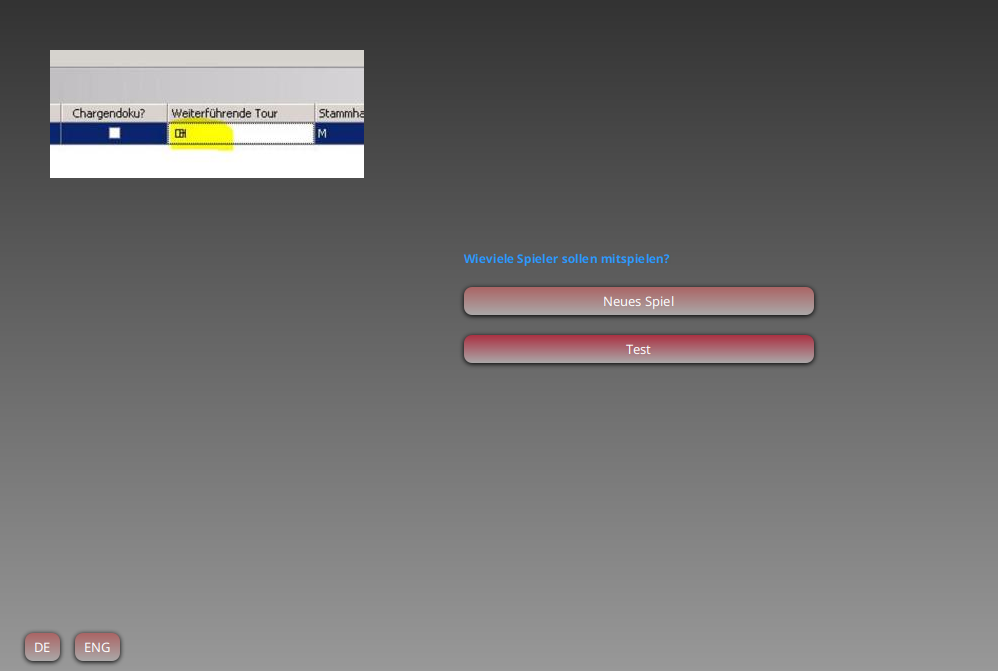
Repository: berger-designz/MenschAergereDichNicht
Program's window: java MenschAergereDichNicht/src/Game_GUI/GUI_Primary.java
An editor plug-in stored every save of this project. The program's window is shown before and after the next save, followed by the edit.
It runs on Java 21 on a 1366 x 768 screen with JavaFX 11; the title bar is not drawn. It also reads MenschAergereDichNicht/src/style/test_pic_1.jpg.

Above is the program's window before, as saved 2016-05-25 14:01:50.

### MenschAergereDichNicht/src/Game_GUI/GUI_Primary.java
package Game_GUI;

import java.io.File;
import java.io.IOException;

import javafx.application.Application;
import javafx.application.Platform;
import javafx.collections.FXCollections;
import javafx.collections.ObservableList;
import javafx.event.EventHandler;
import javafx.fxml.FXMLLoader;
import javafx.geometry.Insets;
import javafx.scene.Scene;
import javafx.scene.control.Button;
import javafx.scene.control.Label;
import javafx.scene.control.ListView;
import javafx.scene.control.ToolBar;
import javafx.scene.image.Image;
import javafx.scene.image.ImageView;
import javafx.scene.layout.BorderPane;
import javafx.scene.layout.HBox;
import javafx.scene.layout.VBox;
import javafx.scene.paint.Color;
import javafx.scene.text.Font;
import javafx.scene.text.FontWeight;
import javafx.stage.Stage;
import javafx.stage.WindowEvent;

public class GUI_Primary extends Application
{

	private static Label top_label;
	private static Label bottom_label;
	private static Button gameStart_Button;
	private static Button test_button;
	private static Button lang_de_Button;
	private static Button lang_en_Button;
	private static ToolBar main_toolbar;

	public void startView(){
		// show GUI (JavaFX)
		String value = ""; // TODO: Welcher wert muss da sein ?
		launch(value);
		System.out.println("started");

	}

	@Override
	public void start(Stage stage) throws Exception
	{
		/*Image img1 = new Image ("test_pic_1.jpg");
		ImageView imgView1 = new ImageView(img1);*/
		Image img1 = new Image (new File("src/style/test_pic_1.jpg").toURI().toString());
		ImageView imgView1 = new ImageView(img1);

		/*Image img2 = new Image ("style/table.jpg", true);
		ImageView sub_image = new ImageView(img2);*/


		top_label = new Label("Wieviele Spieler sollen mitspielen?");
		top_label.setTextFill(Color.web("#2E9AFE"));
		top_label.setFont(Font.font("Verdana", FontWeight.BOLD, 12));

		bottom_label = new Label();
		bottom_label.setTextFill(Color.web("#2E9AFE"));
		bottom_label.setFont(Font.font("Verdana", FontWeight.BOLD, 12));





		gameStart_Button = new Button("Neues Spiel");
		gameStart_Button.setMaxSize(350, 0);
		test_button = new Button("Test");
		test_button.setMaxSize(350, 0);

		lang_de_Button = new Button("DE");
		lang_de_Button.setMaxSize(500, 350);
		lang_en_Button = new Button("ENG");
		lang_en_Button.setMaxWidth(Double.MAX_VALUE);

		VBox vbox = new VBox();
		vbox.getChildren().addAll(top_label, gameStart_Button, test_button);
		vbox.setPadding(new Insets(250, 50, 50, 50));
		vbox.setSpacing(20);


		HBox hbox_bottom = new HBox();
		hbox_bottom.getChildren().addAll(bottom_label, lang_de_Button, lang_en_Button);
		hbox_bottom.setSpacing(5);
		hbox_bottom.setPadding(new Insets(10, 10, 10, 10));
		hbox_bottom.setSpacing(15);
		hbox_bottom.setPrefWidth(400);

		HBox hbox_left = new HBox();
		hbox_left.getChildren().addAll(imgView1);
		hbox_left.setPadding(new Insets(50, 50, 50, 50));

		HBox hbox_right = new HBox();
		hbox_right.setPadding(new Insets(50, 50, 50, 50));

		BorderPane main_pane = new BorderPane();
		main_pane.setCenter(vbox);
		main_pane.setLeft(hbox_left);
		main_pane.setBottom(hbox_bottom);
		main_pane.setRight(hbox_right);

		Scene main_scene = new Scene(main_pane);
		main_scene.getStylesheets().add("style/style.css");

		stage.centerOnScreen();
		stage.setTitle("Game - Mensch ärgere Dich nicht");
		stage.setHeight(700);
		stage.setWidth(1000);
		stage.setScene(main_scene);
		stage.show();
		stage.setOnCloseRequest(new EventHandler<WindowEvent>() {
            public void handle(WindowEvent t) {
                Platform.exit();
                System.exit(0);
            }
        });



	}
	}

### MenschAergereDichNicht/src/style/style.css
.root {
	-fx-background-color: linear-gradient(#333333, #999999);
}

.button {
	//-fx-background-color: #AA3344;
	-fx-background-color: linear-gradient(#AA6666, #AAAAAA);
	-fx-text-fill: #FFFFFF;
	-fx-background-radius: 8,7,6;
    -fx-background-insets: 0,1,2;
    -fx-effect: dropshadow( three-pass-box , rgba(0,0,0,3) , 5, 0.0 , 0 , 1 );
}

.button:hover {
	-fx-background-color: linear-gradient(#AA3344, #AAAAAA);
	-fx-text-fill: #FFFFFF;
}

.button:pressed {
    -fx-effect: dropshadow( gaussian , rgba(0,0,0,0.7) , 10,0,0,1 );
    -fx-effect: innershadow( gaussian , rgba(0,0,0,0.7) , 20,0,0,0 );
}

.text-field {
	-fx-border-color: #AAAAAA;
	-fx-border-width: 2px;
}

.list-view {
	-fx-font: bold 12pt "Comic Sans MS";
}

.list-view *.scroll-bar:vertical {
    -fx-background-color: #AA3344;
    -fx-background-radius: 5;
}

.list-view:hover *.scroll-bar:vertical {
    -fx-background-color: linear-gradient(#AAAAAA, #AA3344);
    -fx-background-radius: 5;
}

After the next save:
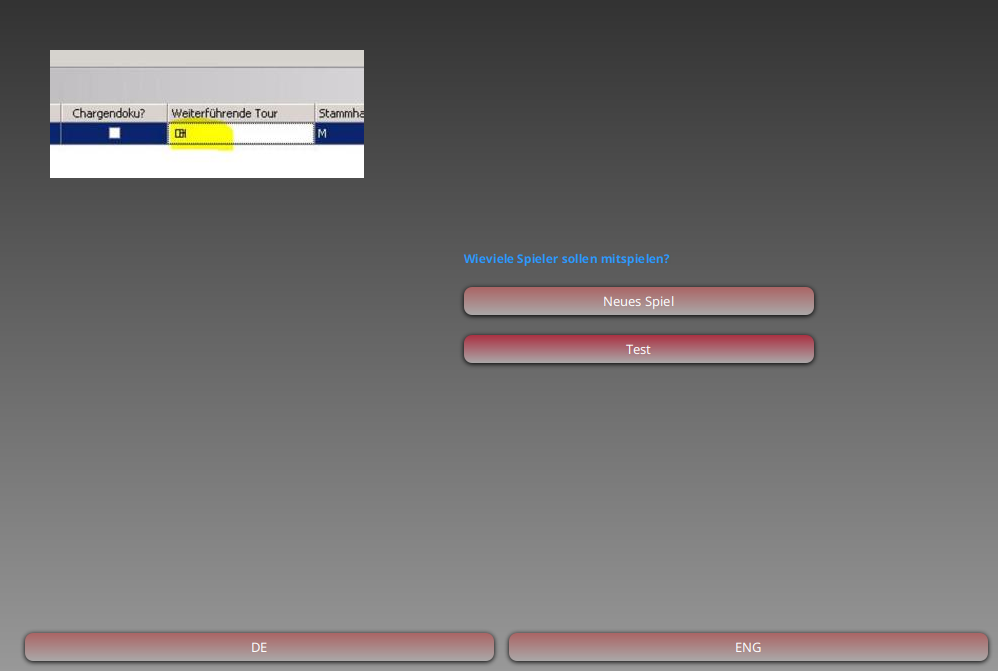
Saved 55 s later.
--- a/MenschAergereDichNicht/src/Game_GUI/GUI_Primary.java
+++ b/MenschAergereDichNicht/src/Game_GUI/GUI_Primary.java
@@ -19,6 +19,7 @@
 import javafx.scene.image.ImageView;
 import javafx.scene.layout.BorderPane;
 import javafx.scene.layout.HBox;
+import javafx.scene.layout.Priority;
 import javafx.scene.layout.VBox;
 import javafx.scene.paint.Color;
 import javafx.scene.text.Font;
@@ -86,6 +87,10 @@
 
 
 		HBox hbox_bottom = new HBox();
+		HBox.setHgrow(lang_de_Button, Priority.ALWAYS);
+	    HBox.setHgrow(lang_en_Button, Priority.ALWAYS);
+	    lang_de_Button.setMaxWidth(Double.MAX_VALUE);
+	    lang_en_Button.setMaxWidth(Double.MAX_VALUE);
 		hbox_bottom.getChildren().addAll(bottom_label, lang_de_Button, lang_en_Button);
 		hbox_bottom.setSpacing(5);
 		hbox_bottom.setPadding(new Insets(10, 10, 10, 10));
